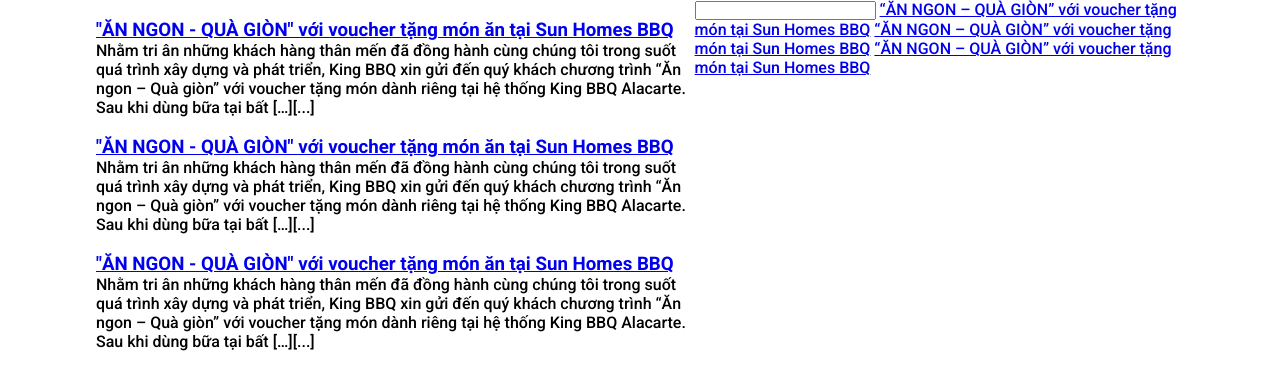
Repository: QUANGTHAI2003/sunhomesbbq
Page: TinTuc.html
An editor plug-in stored every save of this project. The page is shown before and after the next save, followed by the edit.
The browser window is 1280 px wide. The pictures show the whole page.
Some web fonts or font styles are not loaded; a fallback is used.

Above is the page before, as saved 2022-02-15 11:24:41.

After the next save:
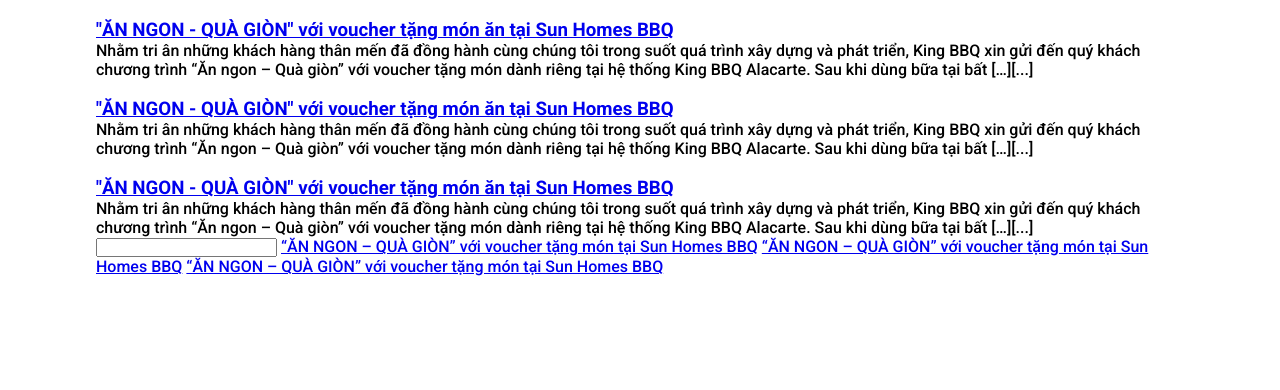
Saved 52 s later.
--- a/TinTuc.html
+++ b/TinTuc.html
@@ -12,44 +12,46 @@
 </head>
 <body>
     <div class="wrapper">
-        <div class="news">
-            <div class="post">
-                <img src="" alt="">
-                <a href="#">
-                    <h3 class="heading-TT">"ĂN NGON - QUÀ GIÒN" với voucher tặng món ăn tại Sun Homes BBQ</h3>
-                </a>
-                <p>Nhằm tri ân những khách hàng thân mến đã đồng hành cùng chúng tôi trong suốt quá trình xây dựng và phát triển, King BBQ
-                xin gửi đến quý khách chương trình “Ăn ngon – Quà giòn” với voucher tặng món dành riêng tại hệ thống King BBQ Alacarte.
-                Sau khi dùng bữa tại bất […][...]</p>
+        <div class="TT">
+            <div class="news">
+                <div class="post">
+                    <img src="" alt="">
+                    <a href="#">
+                        <h3 class="heading-TT">"ĂN NGON - QUÀ GIÒN" với voucher tặng món ăn tại Sun Homes BBQ</h3>
+                    </a>
+                    <p>Nhằm tri ân những khách hàng thân mến đã đồng hành cùng chúng tôi trong suốt quá trình xây dựng và phát triển, King BBQ
+                    xin gửi đến quý khách chương trình “Ăn ngon – Quà giòn” với voucher tặng món dành riêng tại hệ thống King BBQ Alacarte.
+                    Sau khi dùng bữa tại bất […][...]</p>
+                </div>
+                <div class="post">
+                    <img src="" alt="">
+                    <a href="#">
+                        <h3 class="heading-TT">"ĂN NGON - QUÀ GIÒN" với voucher tặng món ăn tại Sun Homes BBQ</h3>
+                    </a>
+                    <p>Nhằm tri ân những khách hàng thân mến đã đồng hành cùng chúng tôi trong suốt quá trình xây dựng và phát triển,
+                        King BBQ
+                        xin gửi đến quý khách chương trình “Ăn ngon – Quà giòn” với voucher tặng món dành riêng tại hệ thống King BBQ
+                        Alacarte.
+                        Sau khi dùng bữa tại bất […][...]</p>
+                </div>
+                <div class="post">
+                    <img src="" alt="">
+                    <a href="#">
+                        <h3 class="heading-TT">"ĂN NGON - QUÀ GIÒN" với voucher tặng món ăn tại Sun Homes BBQ</h3>
+                    </a>
+                    <p>Nhằm tri ân những khách hàng thân mến đã đồng hành cùng chúng tôi trong suốt quá trình xây dựng và phát triển,
+                        King BBQ
+                        xin gửi đến quý khách chương trình “Ăn ngon – Quà giòn” với voucher tặng món dành riêng tại hệ thống King BBQ
+                        Alacarte.
+                        Sau khi dùng bữa tại bất […][...]</p>
+                </div>
             </div>
-            <div class="post">
-                <img src="" alt="">
-                <a href="#">
-                    <h3 class="heading-TT">"ĂN NGON - QUÀ GIÒN" với voucher tặng món ăn tại Sun Homes BBQ</h3>
-                </a>
-                <p>Nhằm tri ân những khách hàng thân mến đã đồng hành cùng chúng tôi trong suốt quá trình xây dựng và phát triển,
-                    King BBQ
-                    xin gửi đến quý khách chương trình “Ăn ngon – Quà giòn” với voucher tặng món dành riêng tại hệ thống King BBQ
-                    Alacarte.
-                    Sau khi dùng bữa tại bất […][...]</p>
+            <div class="search-news">
+                <input type="search" name="" id="">
+                <a href="#">“ĂN NGON – QUÀ GIÒN” với voucher tặng món tại Sun Homes BBQ</a>
+                <a href="#">“ĂN NGON – QUÀ GIÒN” với voucher tặng món tại Sun Homes BBQ</a>
+                <a href="#">“ĂN NGON – QUÀ GIÒN” với voucher tặng món tại Sun Homes BBQ</a>
             </div>
-            <div class="post">
-                <img src="" alt="">
-                <a href="#">
-                    <h3 class="heading-TT">"ĂN NGON - QUÀ GIÒN" với voucher tặng món ăn tại Sun Homes BBQ</h3>
-                </a>
-                <p>Nhằm tri ân những khách hàng thân mến đã đồng hành cùng chúng tôi trong suốt quá trình xây dựng và phát triển,
-                    King BBQ
-                    xin gửi đến quý khách chương trình “Ăn ngon – Quà giòn” với voucher tặng món dành riêng tại hệ thống King BBQ
-                    Alacarte.
-                    Sau khi dùng bữa tại bất […][...]</p>
-            </div>
-        </div>
-        <div class="search-news">
-            <input type="search" name="" id="">
-            <a href="#">“ĂN NGON – QUÀ GIÒN” với voucher tặng món tại Sun Homes BBQ</a>
-            <a href="#">“ĂN NGON – QUÀ GIÒN” với voucher tặng món tại Sun Homes BBQ</a>
-            <a href="#">“ĂN NGON – QUÀ GIÒN” với voucher tặng món tại Sun Homes BBQ</a>
         </div>
     </div>
 </body>

After the save that followed:
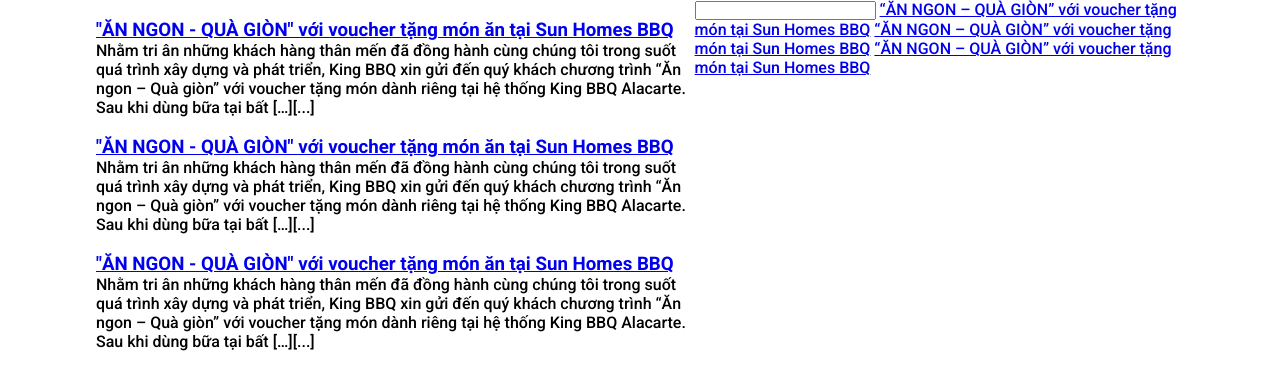
Saved 24 s later.
--- a/style.css
+++ b/style.css
@@ -854,3 +854,9 @@
 .enter-info textarea:hover {
     box-shadow: inset rgba(0, 0, 0, 0.35) 0px 5px 15px;
 }
+
+/* Tin tuc */
+
+.TT {
+    display: flex;
+}
